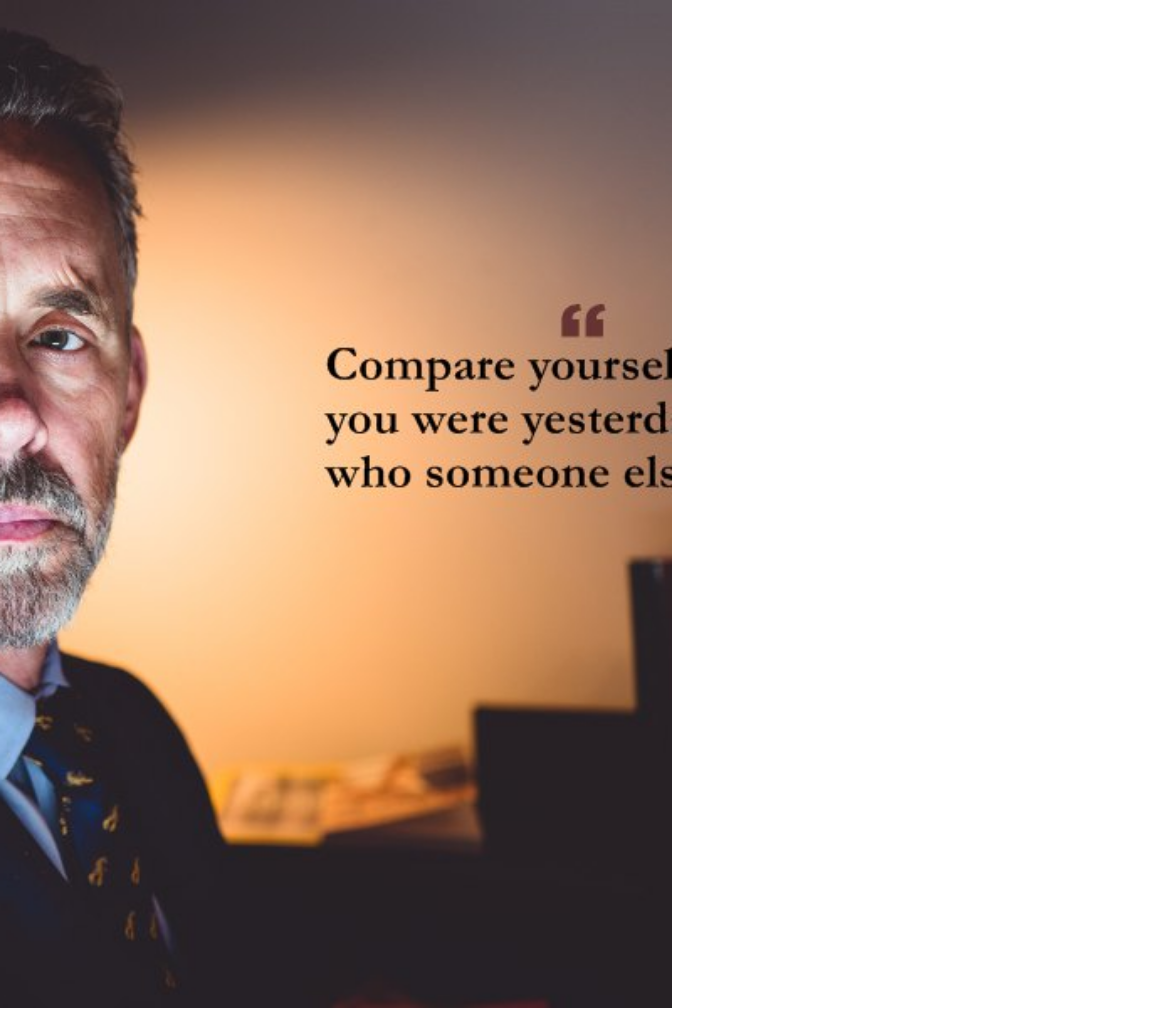
Repository: fechinmitchell/MFM
Page: blocked.html
The author's editor kept a copy of each file at every save. The page is drawn from the files as they stood at one save, then again after the next save.
The browser window is 1280 px wide. The page is 1280 px wide, then 1400 px, so the pictures cover 1400 px, including what lies to the right of the window. The pictures show the whole page, at 84% of full size.

Above is the page before, as saved 2023-07-07 22:39:19.

After the next save:
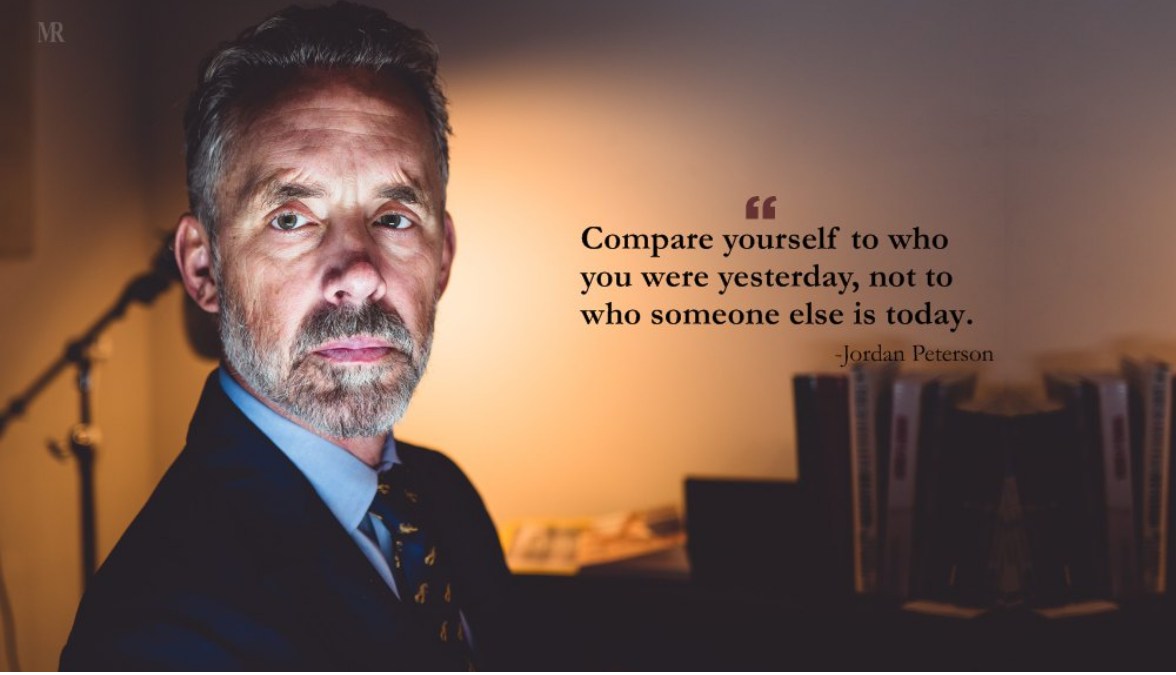
Saved 21 s later.
--- a/blocked.html
+++ b/blocked.html
@@ -1,6 +1,6 @@
 <!DOCTYPE html>
 <html>
-<body style="width:800px;height:1200px;margin:0;">
+<body style="width:1400px;height:800px;margin:0;">
   <img src="images/blocked.jpeg" style="width:100%;height:100%;object-fit:cover;">
 </body>
 </html>
